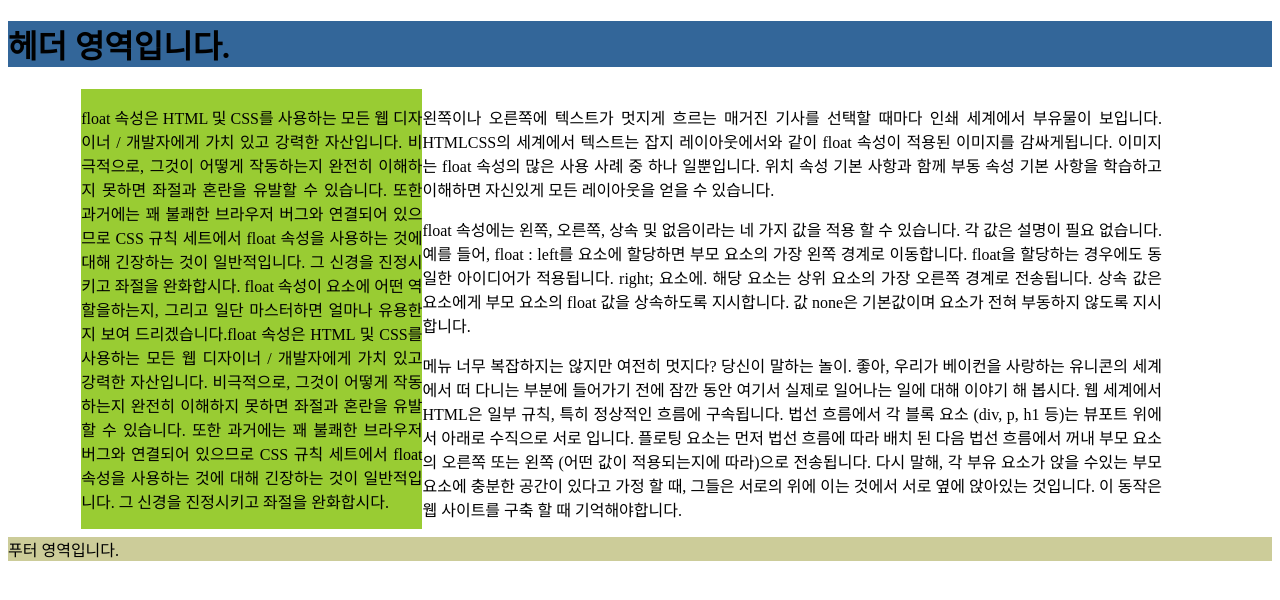
Repository: snowcuphea/webwork_class
Page: clientweb/WebContent/css/layout_exam02.html
These files come from the project's save history. The page is drawn as it stood at one moment and after the next save; the edit follows.
The browser window is 1280 px wide. The pictures show the whole page.

Above is the page before, as saved 2020-01-06 02:55:33.

### clientweb/WebContent/css/layout_exam02.html
<!DOCTYPE html>
<html>
<head>
<title>New Document</title>
<style type="text/css">

#head{
	background-color: #336699;
}

#outer{
		width : 90%;
		margin-left: auto;
		margin-right: auto;
		text-align: justify;

	}

#menu{
	background-color: #99cc33;
	float : left;
	width : 30%;
	margin-left: 10px;

}

#contents{
	float: left;
	width : 65%;
}

#foot{
	background-color:#cccc99;
	clear: both; }

</style>

</head>
<body>
	<div id = "head"><h1>헤더 영역입니다.</h1></div>

	<div id ="outer">
	<div id = "menu">
	<p>float 속성은 HTML 및 CSS를 사용하는 모든 웹 디자이너 / 개발자에게 가치 있고 강력한 자산입니다.
		비극적으로, 그것이 어떻게 작동하는지 완전히 이해하지 못하면 좌절과 혼란을 유발할 수 있습니다. 또한 과거에는 꽤 불쾌한
		브라우저 버그와 연결되어 있으므로 CSS 규칙 세트에서 float 속성을 사용하는 것에 대해 긴장하는 것이 일반적입니다. 그
		신경을 진정시키고 좌절을 완화합시다. float 속성이 요소에 어떤 역할을하는지, 그리고 일단 마스터하면 얼마나 유용한 지
		보여 드리겠습니다.float 속성은 HTML 및 CSS를 사용하는 모든 웹 디자이너 / 개발자에게 가치 있고 강력한 자산입니다.
		비극적으로, 그것이 어떻게 작동하는지 완전히 이해하지 못하면 좌절과 혼란을 유발할 수 있습니다. 또한 과거에는 꽤 불쾌한
		브라우저 버그와 연결되어 있으므로 CSS 규칙 세트에서 float 속성을 사용하는 것에 대해 긴장하는 것이 일반적입니다. 그
		신경을 진정시키고 좌절을 완화합시다. </p> </div>
	<div id ="contents">
	<p>왼쪽이나 오른쪽에 텍스트가 멋지게 흐르는 매거진 기사를 선택할 때마다 인쇄 세계에서 부유물이 보입니다.
		HTMLCSS의 세계에서 텍스트는 잡지 레이아웃에서와 같이 float 속성이 적용된 이미지를 감싸게됩니다. 이미지는 float
		속성의 많은 사용 사례 중 하나 일뿐입니다. 위치 속성 기본 사항과 함께 부동 속성 기본 사항을 학습하고 이해하면 자신있게
		모든 레이아웃을 얻을 수 있습니다.</p>
	<p>float 속성에는 왼쪽, 오른쪽, 상속 및 없음이라는 네 가지 값을 적용 할 수 있습니다. 각 값은 설명이 필요
		없습니다. 예를 들어, float : left를 요소에 할당하면 부모 요소의 가장 왼쪽 경계로 이동합니다. float을
		할당하는 경우에도 동일한 아이디어가 적용됩니다. right; 요소에. 해당 요소는 상위 요소의 가장 오른쪽 경계로 전송됩니다.
		상속 값은 요소에게 부모 요소의 float 값을 상속하도록 지시합니다. 값 none은 기본값이며 요소가 전혀 부동하지 않도록
		지시합니다.</p>
	<p>메뉴 너무 복잡하지는 않지만 여전히 멋지다? 당신이 말하는 놀이. 좋아, 우리가 베이컨을 사랑하는 유니콘의 세계에서
		떠 다니는 부분에 들어가기 전에 잠깐 동안 여기서 실제로 일어나는 일에 대해 이야기 해 봅시다. 웹 세계에서 HTML은 일부
		규칙, 특히 정상적인 흐름에 구속됩니다. 법선 흐름에서 각 블록 요소 (div, p, h1 등)는 뷰포트 위에서 아래로
		수직으로 서로 입니다. 플로팅 요소는 먼저 법선 흐름에 따라 배치 된 다음 법선 흐름에서 꺼내 부모 요소의 오른쪽 또는 왼쪽
		(어떤 값이 적용되는지에 따라)으로 전송됩니다. 다시 말해, 각 부유 요소가 앉을 수있는 부모 요소에 충분한 공간이 있다고
		가정 할 때, 그들은 서로의 위에 이는 것에서 서로 옆에 앉아있는 것입니다. 이 동작은 웹 사이트를 구축 할 때
		기억해야합니다.</p></div>

		</div>

	<div id = "foot"><p>푸터 영역입니다.</p></div>
</body>
</html>

After the next save:
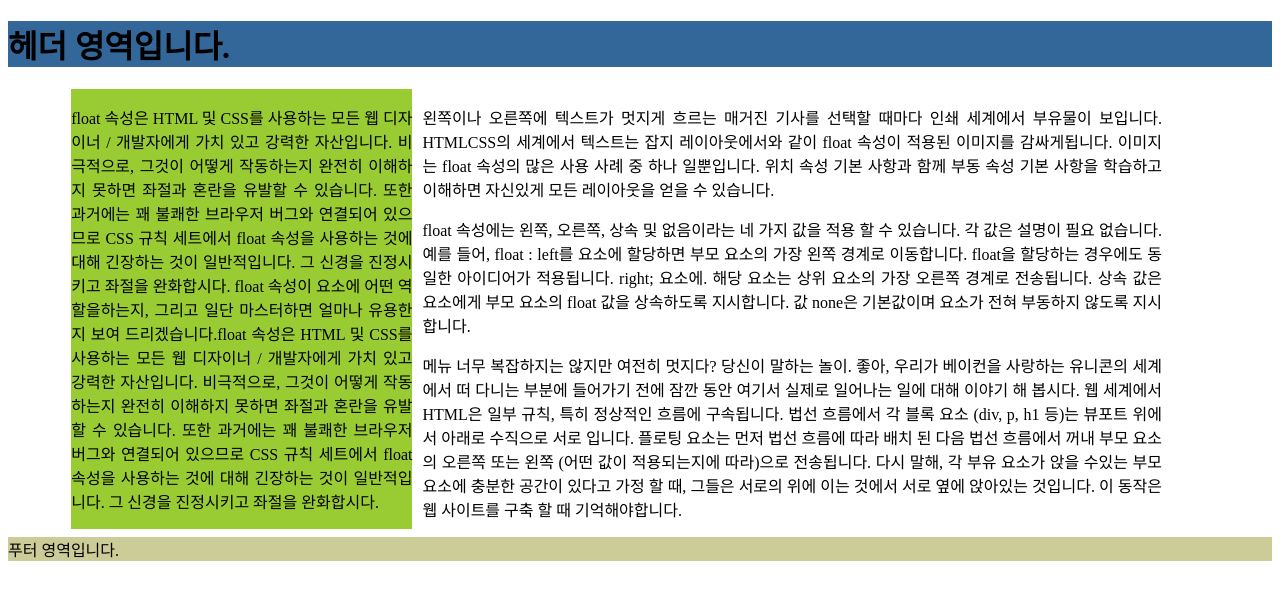
Saved 32 s later.
--- a/clientweb/WebContent/css/layout_exam02.html
+++ b/clientweb/WebContent/css/layout_exam02.html
@@ -20,7 +20,7 @@
 	background-color: #99cc33;
 	float : left;
 	width : 30%;
-	margin-left: 10px;
+	margin-right: 10px;
 
 }
 
